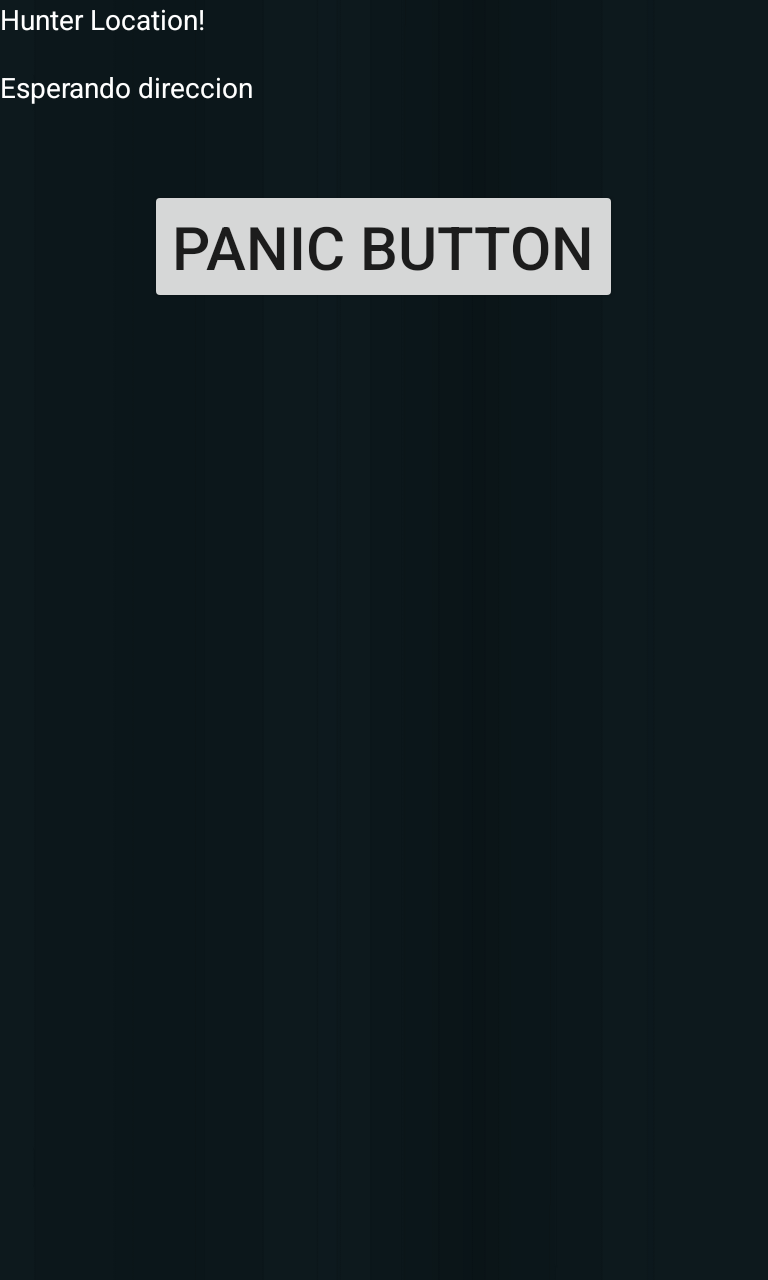
Repository: aludena18/android_apps
Layout: AlarmServiceLocation/res/layout/activity_main.xml
The author's editor kept a copy of each file at every save. The layout is drawn from the files as they stood at one save, then again after the next save.
It is drawn on a 768 x 1280 px phone screen (xhdpi) without system bars, with theme AppTheme; the app's code is not run.

Above is the layout before, as saved 2015-07-20 22:05:46.

After the next save:
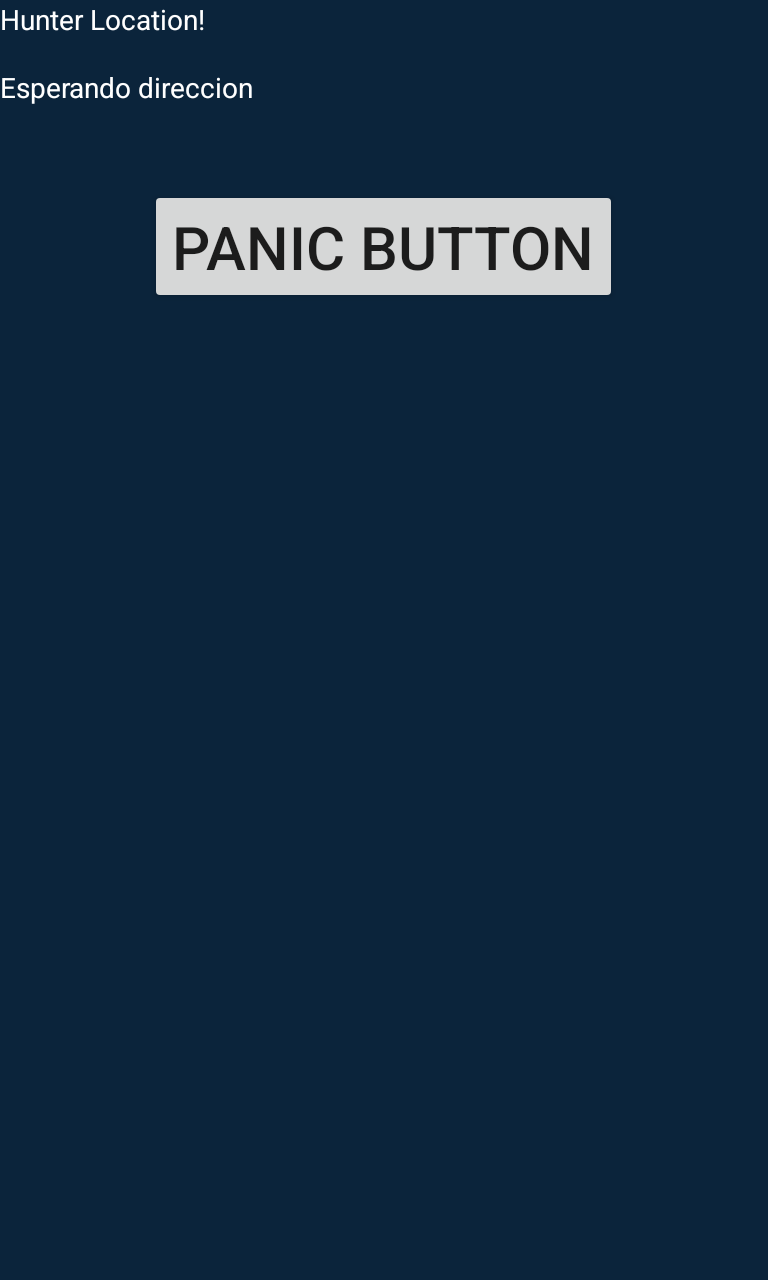
Saved 18 h 31 min later.
--- a/AlarmServiceLocation/res/layout/activity_main.xml
+++ b/AlarmServiceLocation/res/layout/activity_main.xml
@@ -3,7 +3,7 @@
     android:layout_width="match_parent"
     android:layout_height="match_parent"
     android:orientation="vertical"
-    android:background="@drawable/fondo2"
+    android:background="#0B243B"
     tools:context="com.alg.alarmservicelocation.MainActivity" >
 
     <TextView
